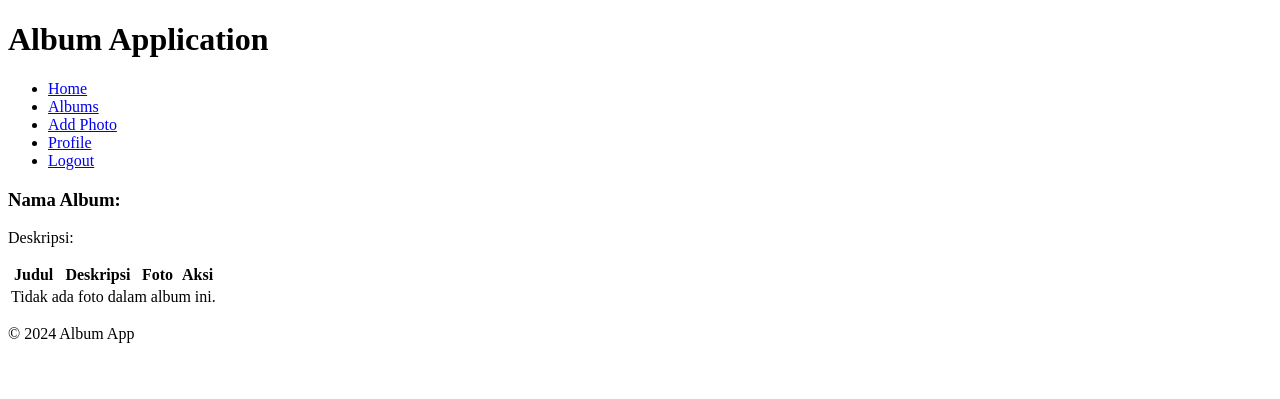
Repository: daffa-alif/snapgram
Page: http://localhost/photos
The author's editor kept a copy of each file at every save. The page is drawn from the files as they stood at one save, then again after the next save.
The browser window is 1280 px wide. The pictures show the whole page.
The page is served by the project's Laravel application, run on PHP 8.4 with Laravel 12. A made-up administrator, Test User (test@example.com), is signed in. Other server files are loaded and not shown. Queries for data that is not in the repository find no rows.

Above is the page before, as saved 2024-10-18 15:10:49.

### routes/web.php
<?php

use Illuminate\Support\Facades\Route;
use App\Http\Controllers\{
    AuthController,
    HomeController,
    AlbumController,
    PhotoController,
    ProfileController,
};

// Redirect root URL to login
Route::redirect('/', '/auth/login');

// Authentication routes
Route::controller(AuthController::class)->group(function () {

    Route::get('auth/login', 'showLoginForm')->name('login')->middleware('guest');
    Route::post('auth/postLogin', 'postLogin')->name('postLogin');
    Route::post('logout', 'logout')->name('logout');
    Route::get('auth/register', 'showRegistrationForm')->name('register.form');
    Route::post('auth/register', 'register')->name('register');

   // Routes that require authentication
Route::middleware('auth')->group(function () {
    // Home route
    Route::get('/home', [HomeController::class, 'index'])->name('home');
    // Album resource routes
    Route::resource('albums', AlbumController::class);
    // Photo routes
    Route::resource('photos', PhotoController::class);
    Route::get('/albums/{album}/photos', [PhotoController::class, 'index'])
        ->name('albums.photos');
    Route::post('photos/{photo}/like/', [PhotoController::class, 'like'])
        ->name('photos.like');
    Route::get('/photos/{photo}/comments', [PhotoController::class, 'showComments'])
        ->name('photos.comments');
    Route::post('/photos/{photo}/comments', [PhotoController::class, 'storeComment'])
        ->name('photos.comment.store');

        Route::get('/profile', [ProfileController::class, 'index'])->name('profile.index');
        Route::put('/profile', [ProfileController::class, 'update'])->name('profile.update');
    });
});

### app/Models/User.php
<?php

namespace App\Models;

// use Illuminate\Contracts\Auth\MustVerifyEmail;
use Illuminate\Database\Eloquent\Factories\HasFactory;
use Illuminate\Foundation\Auth\User as Authenticatable;
use Illuminate\Notifications\Notifiable;

class User extends Authenticatable
{
    use HasFactory, Notifiable;

    /**
     * The attributes that are mass assignable.
     *
     * @var array<int, string>
     */
    protected $fillable = [
        'username',
        'email',
        'password',
        'namaLengkap',
        'alamat',
    ];

    protected $primaryKey = 'userID';
    /**
     * The attributes that should be hidden for serialization.
     *
     * @var array<int, string>
     */
    protected $hidden = [
        'password',
        'remember_token',
    ];

    /**
     * Get the attributes that should be cast.
     *
     * @return array<string, string>
     */
    protected function casts(): array
    {
        return [
            'email_verified_at' => 'datetime',
            'password' => 'hashed',
        ];
    }
}

### app/Http/Controllers/PhotoController.php
<?php

namespace App\Http\Controllers;

use Illuminate\Http\Request;
use App\Models\Album;
use App\Models\Photo;
use App\Models\LikePhoto;
use App\Models\Comment;
use Illuminate\Support\Facades\Auth;
use Illuminate\Support\Facades\Storage;

class PhotoController extends Controller
{
    /**
     * Display a listing of the photos for a specific album.
     */
    public function index(Album $album)
    {
        // Check if the album belongs to the authenticated user or is public
        $albums = Album::where('userID', auth()->id())->get();
        $photos = Photo::where('albumID', $album->albumID)->get();
        return view('photos.index', compact('album', 'photos')); // Changed to the appropriate view for displaying photos
    }

    public function edit(Photo $photo)
{
    // Get all albums for the authenticated user
    $albums = Album::where('userID', auth()->id())->get();

    // Pass the photo and albums to the view
    return view('photos.edit', compact('photo', 'albums'));
}
    /**
     * Show the form for creating a new photo.
     */
    public function create()
    {
        $albums = Album::where('userID', auth()->id())->get(); // Get albums for the authenticated user
        return view('photos.create', compact('albums')); // Pass the variable to the view
    }

    /**
     * Store a newly uploaded photo in storage.
     */
    public function store(Request $request)
    {
        // Validate the photo upload form input
        $request->validate([
            'judulFoto' => 'required|max:255',
            'deskripsiFoto' => 'required|max:500',
            'albumID' => 'required|exists:albums,albumID',
            'photo' => 'required|image|max:2048', // Ensure the field name matches the form input
        ]);

        // Handle file upload
        $path = $request->file('photo')->store('photos', 'public');

        // Create a new photo entry in the database
        Photo::create([
            'judulFoto' => $request->input('judulFoto'),
            'deskripsiFoto' => $request->input('deskripsiFoto'),
            'tanggalUnggah' => now(),
            'lokasiFile' => $path,
            'albumID' => $request->input('albumID'),
            'userID' => Auth::id(),
        ]);

        return redirect()->route('albums.index', $request->input('albumID'))->with('success', 'Photo uploaded successfully.');
    }

    /**
     * Display the specified photo details.
     */
    public function show(Photo $photo)
    {
        // Check if the photo belongs to the authenticated user or is publicly accessible
        return view('photos.show', compact('photo'));
    }

    /**
     * Update the specified photo information.
     */
    public function update(Request $request, Photo $photo)
{
    // Validate the updated photo information
    $request->validate([
        'judulFoto' => 'required|max:255',
        'deskripsiFoto' => 'required|max:500',
        'albumID' => 'required|exists:albums,albumID',
        'photo' => 'nullable|image|max:2048', // Make the file optional for update
    ]);

    // Check if a new file is uploaded
    if ($request->hasFile('photo')) {
        // Delete the old file from storage
        Storage::disk('public')->delete($photo->lokasiFile);

        // Store the new file and update the path
        $photo->lokasiFile = $request->file('photo')->store('photos', 'public');
    }

    // Update the photo's details without the file path
    $photo->update([
        'judulFoto' => $request->input('judulFoto'),
        'deskripsiFoto' => $request->input('deskripsiFoto'),
        'albumID' => $request->input('albumID'),
    ]);

    // Redirect to the album index with a success message
    return redirect()->route('albums.index', $photo->albumID)->with('success', 'Photo updated successfully.');
}



    /**
     * Remove the specified photo from storage.
     */
    public function destroy(Photo $photo)
    {
        // Delete the file from storage
        Storage::disk('public')->delete($photo->lokasiFile);

        // Delete the photo from the database
        $photo->delete();

        return redirect()->route('albums.index', $photo->albumID)->with('success', 'Photo deleted successfully.');
    }

    /**
     * Like or unlike a photo.
     */
    /**
 * Like or unlike a photo.
 */
public function like(Photo $photo)
{
    // Check if the user has already liked the photo
    $like = LikePhoto::where('userID', Auth::id())
                     ->where('fotoID', $photo->fotoID) // Change photoID to fotoID
                     ->first();

    if ($like) {
        // If the photo is already liked, remove the like (unlike)
        $like->delete();
    } else {
        // Otherwise, add a new like
        LikePhoto::create([
            'userID' => Auth::id(),
            'fotoID' => $photo->fotoID, // Change photoID to fotoID
            'tanggalLike' => now(), // Assuming you want to store the like date
        ]);
    }

    return back()->with('success', 'Photo like status updated.');
}


    /**
     * Display the comments for a photo.
     */
    public function showComments(Photo $photo)
{
    // Retrieve comments related to the photo
    $comments = Comment::where('fotoID', $photo->fotoID)->get();

    // Pass the photo and comments to the view
    return view('photos.comments', compact('photo', 'comments'));
}


    /**
     * Store a new comment on the photo.
     */
    public function storeComment(Request $request, Photo $photo)
{
    // Validate the comment input
    $request->validate([
        'isiKomentar' => 'required|max:500',
    ]);

    // Create a new comment
    Comment::create([
        'isiKomentar' => $request->input('isiKomentar'),
        'userID' => Auth::id(),
        'fotoID' => $photo->fotoID, // Use fotoID as per your naming convention
    ]);

    return back()->with('success', 'Comment added successfully.');
}

}

### app/Models/Album.php
<?php

namespace App\Models;

use Illuminate\Database\Eloquent\Model;

class Album extends Model {

protected $primaryKey = 'albumID';
protected $fillable = ['namaAlbum', 'deskripsi',
'tanggalDibuat', 'userID'];

/**
* Relasi one-to-one antara Album dan User.
* Setiap album dimiliki oleh satu user.
* Relasi ini menggunakan foreign key 'userID'.
*/
public function user() {
return $this->belongsTo(User::class, 'userID');
}

/**
* Relasi one-to-many antara Album dan Photo.
* Setiap album bisa memiliki banyak foto.
* Relasi ini menggunakan foreign key 'albumID'.
*/
public function photos() {
return $this->hasMany(Photo::class, 'albumID');
}
}

### app/Models/Photo.php
<?php

namespace App\Models;

use Illuminate\Database\Eloquent\Model;
use Illuminate\Support\Facades\Auth;

class Photo extends Model
{
    protected $primaryKey = 'fotoID';
    protected $fillable = [
        'judulFoto', 'deskripsi Foto',
        'tanggalUnggah', 'lokasiFile',
        'albumID', 'userID'];

    public function album()
    {
        return $this->belongsTo(Album::class, 'albumID');
    }

    public function user()
    {
        return $this->belongsTo(User::class, 'userID');
    }

    public function likes()
    {
        return $this->hasMany(LikePhoto::class, 'fotoID');
    }

    public function isLikedByAuthUser()
    {
        return $this->likes()->where('userID', Auth::user()->userID)->exists();
    }

    public function comments() {
        return $this->hasMany (Comment::class, 'fotoID');
        }
}

### resources/views/photos/index.blade.php
@extends('layouts.app')

@section('content')

<h3>Nama Album: {{ $album->namaAlbum }}</h3>
<p>Deskripsi: {{ $album->deskripsi }}</p>

<table>
    <thead>
        <tr>
            <th>Judul</th>
            <th>Deskripsi</th>
            <th>Foto</th>
            <th>Aksi</th>
        </tr>
    </thead>
    <tbody>
        @if($album->photos->isNotEmpty())
            @foreach($album->photos as $photo)
                <tr>
                    <td>{{ $photo->judulFoto }}</td>
                    <td>{{ $photo->deskripsiFoto }}</td>
                    <td>
                        <img src="{{ asset('storage/'.$photo->lokasiFile) }}"
                             loading="lazy"
                             alt="{{ $photo->judulFoto }}"
                             style="width: 200px; height: auto; aspect-ratio: 1/1; object-fit: cover;">
                    </td>
                    <td>
                        <a href="{{ route('photos.edit', $photo->fotoID) }}">Edit</a>
                        <form action="{{ route('photos.destroy', $photo->fotoID) }}" method="POST"
                              onsubmit="return confirm('Yakin ingin menghapus foto ini?');" style="display:inline;">
                            @csrf
                            @method('DELETE')
                            <button type="submit">Hapus</button>
                        </form>
                    </td>
                </tr>
            @endforeach
        @else
            <tr>
                <td colspan="4">Tidak ada foto dalam album ini.</td>
            </tr>
        @endif
    </tbody>
</table>

@endsection

### resources/views/layouts/app.blade.php
<!DOCTYPE html>
<html lang="en">
<head>
    <meta charset="UTF-8">
    <meta name="viewport" content="width=device-width, initial-scale=1.0">
    <meta http-equiv="X-UA-Compatible" content="ie=edge">
    <title>@yield('title', 'Album App')</title>
</head>
<body>

    <!-- Header -->
    <header>
        <h1>Album Application</h1>
        @section('header')
            <nav>
                <ul>
                    <li><a href="{{ route('home') }}">Home</a></li>
                    <li><a href="{{ route('albums.index') }}">Albums</a></li>
                    <li><a href="{{ route('photos.create') }}">Add Photo</a></li> <!-- New link for photos -->
                    <li><a href="{{ route('profile.index') }}">Profile</a></li>
                    <li><a href="{{ route('logout') }}">Logout</a></li>
                </ul>
            </nav>
        @show
    </header>

    <!-- Content Section -->
    <main>
        @yield('content')
    </main>

    <!-- Footer -->
    <footer>
        @section('footer')
            <p>&copy; 2024 Album App</p>
        @show
    </footer>

</body>
</html>

Loaded but not shown: app/Http/Controllers/Controller.php (common file)

After the next save:
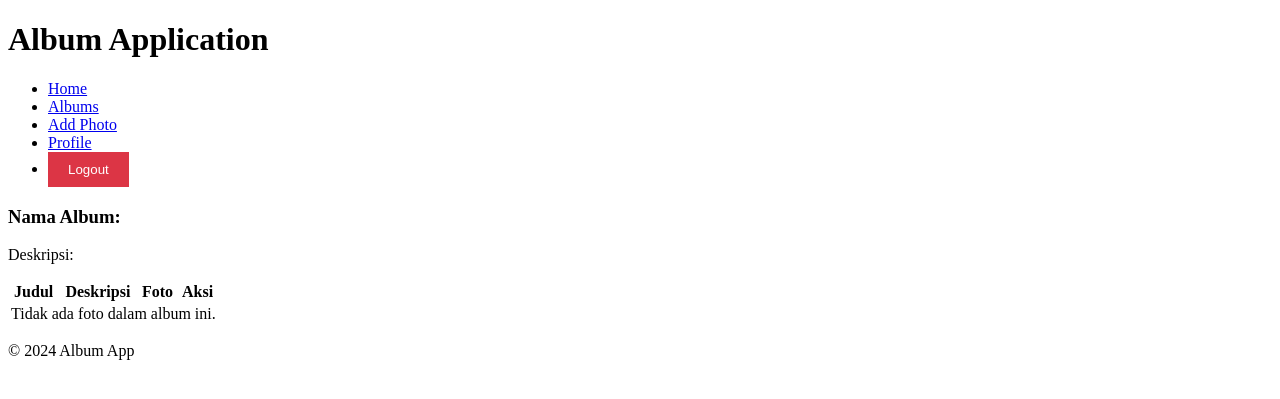
Saved 4 days later.
--- a/resources/views/layouts/app.blade.php
+++ b/resources/views/layouts/app.blade.php
@@ -18,7 +18,10 @@
                     <li><a href="{{ route('albums.index') }}">Albums</a></li>
                     <li><a href="{{ route('photos.create') }}">Add Photo</a></li> <!-- New link for photos -->
                     <li><a href="{{ route('profile.index') }}">Profile</a></li>
-                    <li><a href="{{ route('logout') }}">Logout</a></li>
+                    <li><form action="{{ route('logout') }}" method="POST">
+                        @csrf
+                        <button type="submit" style="padding: 10px 20px; background-color: #dc3545; color: white; border: none; cursor: pointer;">Logout</button>
+                    </form></li>
                 </ul>
             </nav>
         @show

After the 3 saves that followed:
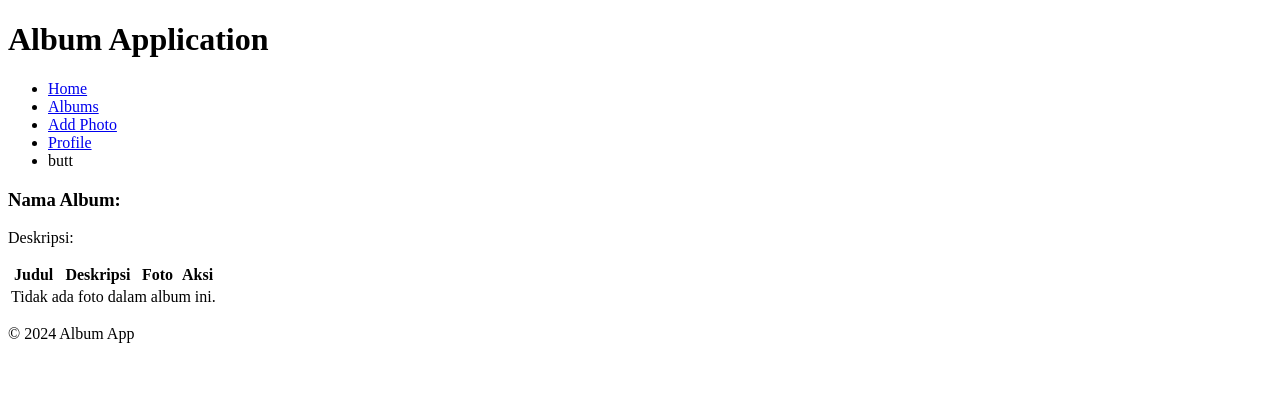
The 3 saves are shown as one change because 1 left the picture as it was and some came seconds apart.
The last was saved 13 s later.
--- a/resources/views/layouts/app.blade.php
+++ b/resources/views/layouts/app.blade.php
@@ -20,7 +20,7 @@
                     <li><a href="{{ route('profile.index') }}">Profile</a></li>
                     <li><form action="{{ route('logout') }}" method="POST">
                         @csrf
-                        <button type="submit" style="padding: 10px 20px; background-color: #dc3545; color: white; border: none; cursor: pointer;">Logout</button>
+                        butt
                     </form></li>
                 </ul>
             </nav>
